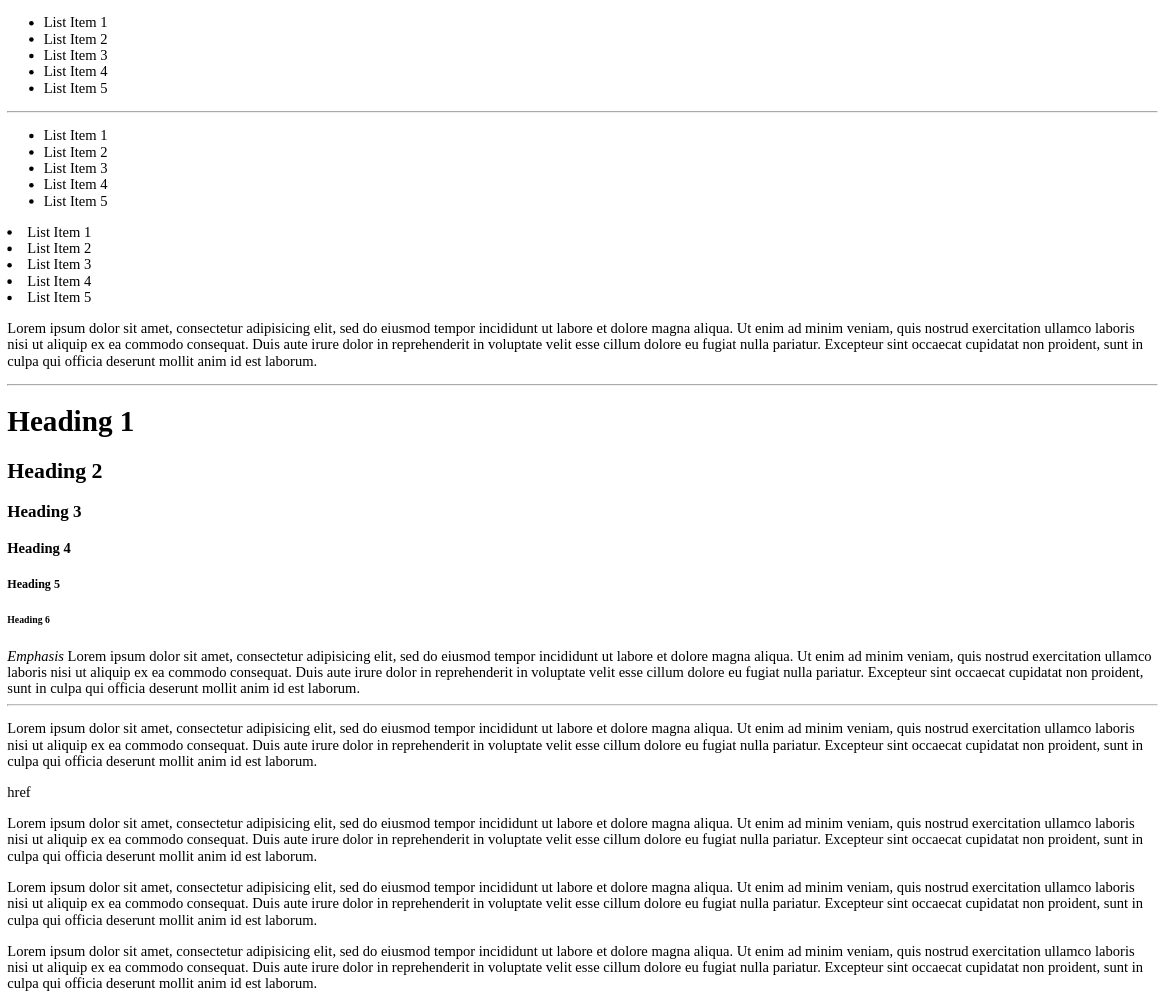
Repository: PankajSutharPersistent/vm-backup
Page: workspaceJavaScript/DemoJQuery/index.html
An editor plug-in stored every save of this project. The page is shown before and after the next save, followed by the edit.
The browser window is 1280 px wide. The pictures show the whole page, at 91% of full size.

Above is the page before, as saved 2017-01-02 05:34:44.

### workspaceJavaScript/DemoJQuery/index.html
<!doctype html>
<html lang="en">
<head>
	<meta charset="UTF-8" />
	<title>Document</title>
	<script src="lib/jquery-3.1.1.js"></script>
	<script>
	/*
		var vj = jQuery.noConflict();
		vj(function(){
			///=========================

			alert("welcome to 2017")

			///=========================
		})
	 */
		$(function(){
			///=========================

			// $("li","ul").css("border","2px solid red");
			// $("#list").css("border","2px solid red");
			// $(".items").css("border","2px solid green");
			// $(".items","#list").css("border","2px solid green");
			// $("#list .items").css("border","2px solid green");

			// $("p[onclick='fun3()']").css("border","2px solid green");
			// $("div *").css("border","2px solid green");
			// $("h1,h3,h5").css("border","2px solid red")

			// $(".x.a, h1, ul#list").css("border","2px solid red")

			// $("div + p").css("border","5px dotted green")
			//$("div ~ p,a").css("border","5px dotted green")
			///=========================
		})
	</script>
</head>
<body>
	<ul id="list">
		<li class="items">List Item 1</li>
		<li class="items">List Item 2</li>
		<li class="items a">List Item 3</li>
		<li class="items">List Item 4</li>
		<li class="items x">List Item 5</li>
	</ul>
	<hr/>
	<ul>
		<li class="items">List Item 1</li>
		<li class="items">List Item 2</li>
		<li class="items a x">List Item 3</li>
		<li class="items">List Item 4</li>
		<li class="items">List Item 5</li>
	</ul>

	<li class="items">List Item 1</li>
	<li class="items">List Item 2</li>
	<li class="items">List Item 3</li>
	<li class="items">List Item 4</li>
	<li class="items">List Item 5</li>

	<p onclick="fun2()">
		Lorem ipsum dolor sit amet, consectetur adipisicing elit, sed do eiusmod tempor incididunt ut labore et dolore magna aliqua. Ut enim ad minim veniam, quis nostrud exercitation ullamco laboris nisi ut aliquip ex ea commodo consequat. Duis aute irure dolor in reprehenderit in voluptate velit esse cillum dolore eu fugiat nulla pariatur. Excepteur sint occaecat cupidatat non proident, sunt in culpa qui officia deserunt mollit anim id est laborum.
	</p>
	<hr/>
	<div>
		<h1> Head<span>ing</span> 1</h1>
		<h2> Heading 2</h2>
		<h3> Heading 3</h3>
		<h4 class="a"> Heading 4</h4>
		<h5> Heading 5</h5>
		<h6> Heading 6</h6>
		<em>
			Emphasis
		</em>
		Lorem ipsum dolor sit amet, consectetur adipisicing elit, sed do eiusmod tempor incididunt ut labore et dolore magna aliqua. Ut enim ad minim veniam, quis nostrud exercitation ullamco laboris nisi ut aliquip ex ea commodo consequat. Duis aute irure dolor in reprehenderit in voluptate velit esse cillum dolore eu fugiat nulla pariatur. Excepteur sint occaecat cupidatat non proident, sunt in culpa qui officia deserunt mollit anim id est laborum.
	</div>
	<hr/>

	<p onclick="fun3()">
		Lorem ipsum dolor sit amet, consectetur adipisicing elit, sed do eiusmod tempor incididunt ut labore et dolore magna aliqua. Ut enim ad minim veniam, quis nostrud exercitation ullamco laboris nisi ut aliquip ex ea commodo consequat. Duis aute irure dolor in reprehenderit in voluptate velit esse cillum dolore eu fugiat nulla pariatur. Excepteur sint occaecat cupidatat non proident, sunt in culpa qui officia deserunt mollit anim id est laborum.
	</p>
	<a>href</a>
	<p onclick="fun4()">
		Lorem ipsum dolor sit amet, consectetur adipisicing elit, sed do eiusmod tempor incididunt ut labore et dolore magna aliqua. Ut enim ad minim veniam, quis nostrud exercitation ullamco laboris nisi ut aliquip ex ea commodo consequat. Duis aute irure dolor in reprehenderit in voluptate velit esse cillum dolore eu fugiat nulla pariatur. Excepteur sint occaecat cupidatat non proident, sunt in culpa qui officia deserunt mollit anim id est laborum.
	</p>
	<p title="persistent">
		Lorem ipsum dolor sit amet, consectetur adipisicing elit, sed do eiusmod tempor incididunt ut labore et dolore magna aliqua. Ut enim ad minim veniam, quis nostrud exercitation ullamco laboris nisi ut aliquip ex ea commodo consequat. Duis aute irure dolor in reprehenderit in voluptate velit esse cillum dolore eu fugiat nulla pariatur. Excepteur sint occaecat cupidatat non proident, sunt in culpa qui officia deserunt mollit anim id est laborum.
	</p>
	<p lang="en">
		Lorem ipsum dolor sit amet, consectetur adipisicing elit, sed do eiusmod tempor incididunt ut labore et dolore magna aliqua. Ut enim ad minim veniam, quis nostrud exercitation ullamco laboris nisi ut aliquip ex ea commodo consequat. Duis aute irure dolor in reprehenderit in voluptate velit esse cillum dolore eu fugiat nulla pariatur. Excepteur sint occaecat cupidatat non proident, sunt in culpa qui officia deserunt mollit anim id est laborum.
	</p>
</body>
</html>

Loaded but not shown: workspaceJavaScript/DemoJQuery/lib/jquery-3.1.1.js (library)

After the next save:
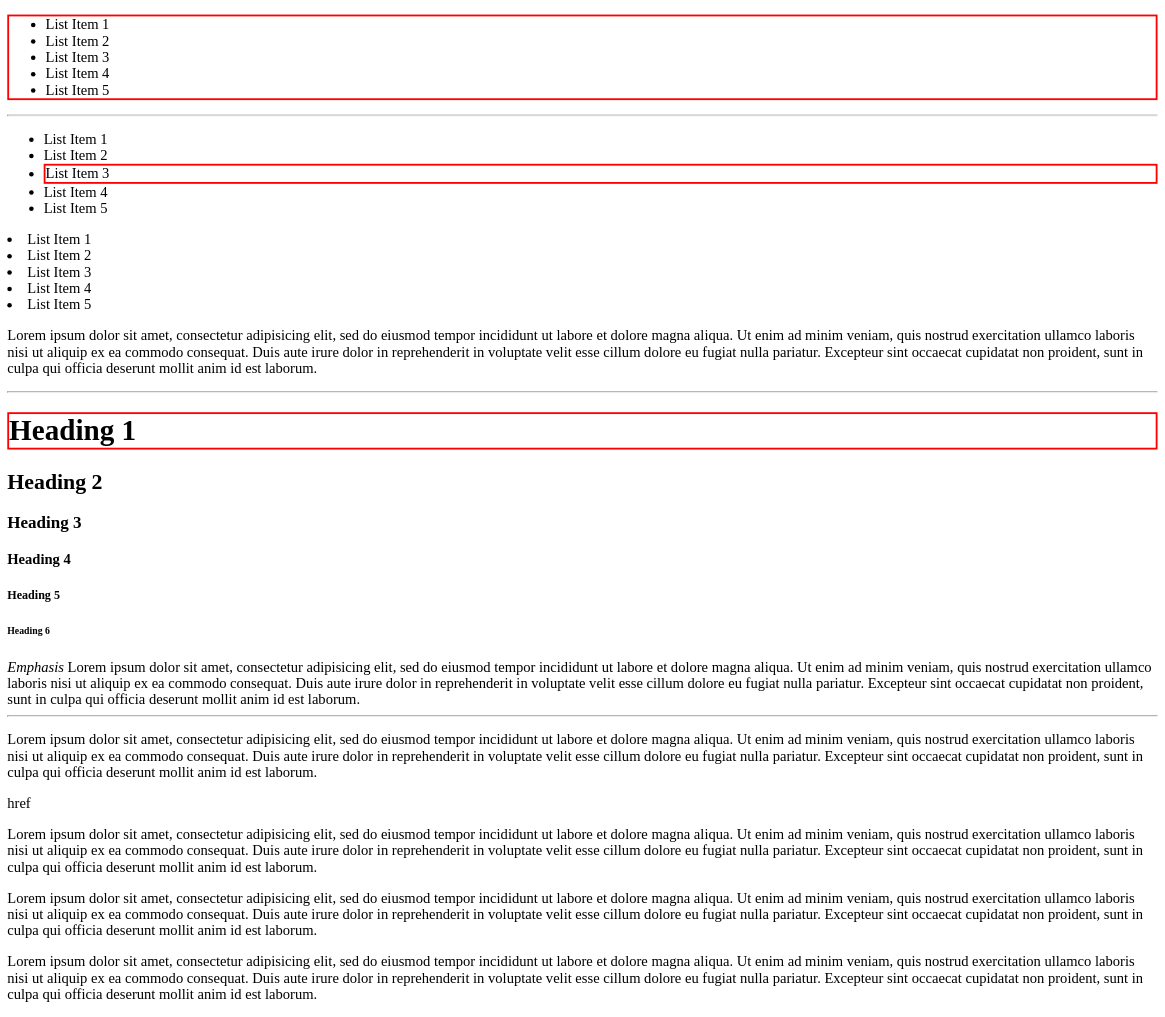
Saved 43 s later.
--- a/workspaceJavaScript/DemoJQuery/index.html
+++ b/workspaceJavaScript/DemoJQuery/index.html
@@ -28,7 +28,7 @@
 			// $("div *").css("border","2px solid green");
 			// $("h1,h3,h5").css("border","2px solid red")
 
-			// $(".x.a, h1, ul#list").css("border","2px solid red")
+			$(".x.a, h1, ul#list").css("border","2px solid red")
 
 			// $("div + p").css("border","5px dotted green")
 			//$("div ~ p,a").css("border","5px dotted green")

After the save that followed:
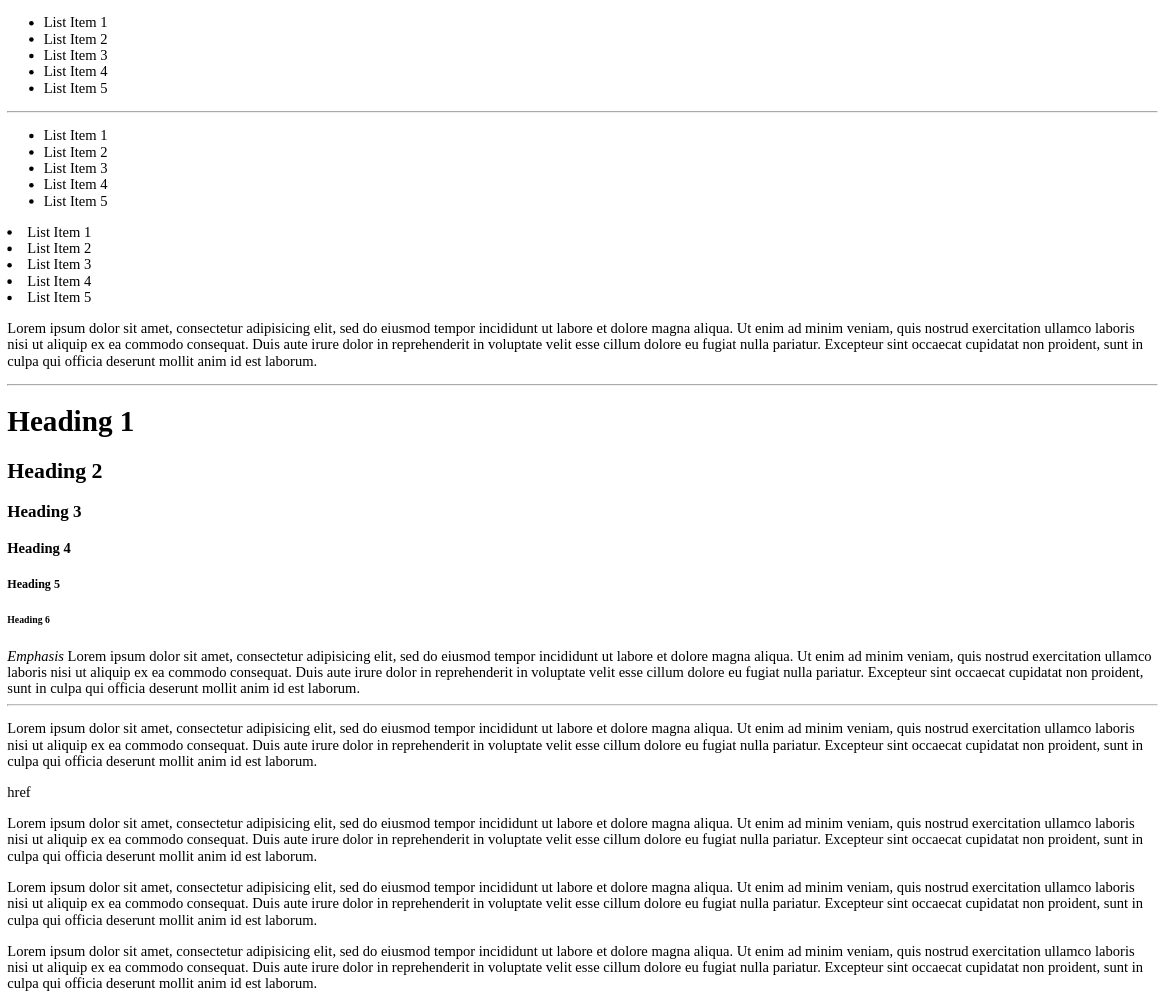
Saved 8 s later.
--- a/workspaceJavaScript/DemoJQuery/index.html
+++ b/workspaceJavaScript/DemoJQuery/index.html
@@ -28,7 +28,7 @@
 			// $("div *").css("border","2px solid green");
 			// $("h1,h3,h5").css("border","2px solid red")
 
-			$(".x.a, h1, ul#list").css("border","2px solid red")
+			//$(".x.a, h1, ul#list").css("border","2px solid red")
 
 			// $("div + p").css("border","5px dotted green")
 			//$("div ~ p,a").css("border","5px dotted green")
